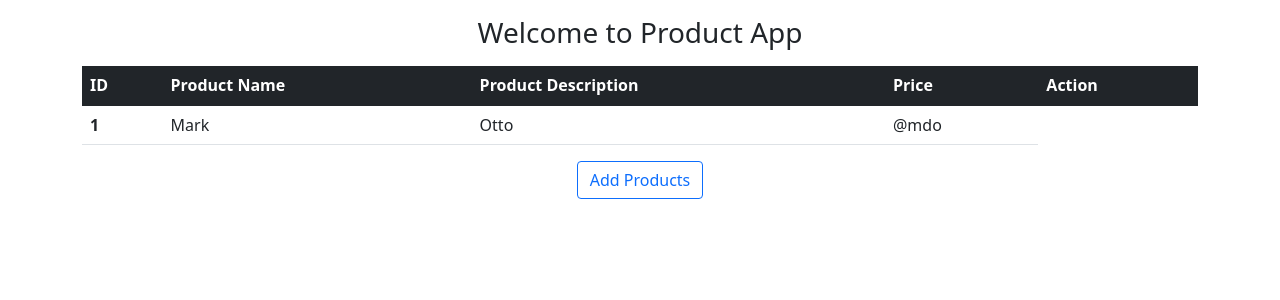
Repository: inurzamal/Spring-MVC-_CRUD-with-Hibernate
Page: http://localhost/product-crud-app/WEB-INF/views/index.jsp
The author's editor kept a copy of each file at every save. The page is drawn from the files as they stood at one save, then again after the next save.
The browser window is 1280 px wide. The pictures show the whole page.
The page is served by Tomcat 9. Nobody is signed in. The template is opened directly, without the code that normally fills it, so the values that code supplies are empty.

Above is the page before, as saved 2021-11-21 10:04:21.

After the next save:
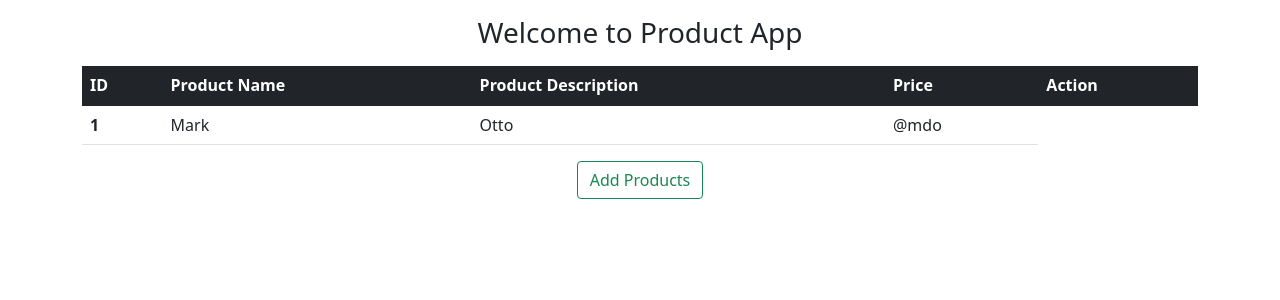
Saved 72 s later.
--- a/SpringMVC/product-crud-app/src/main/webapp/WEB-INF/views/index.jsp
+++ b/SpringMVC/product-crud-app/src/main/webapp/WEB-INF/views/index.jsp
@@ -33,7 +33,7 @@
 				</table>
 
 				<div class="container text-center">
-					<a href="addproducts" class="btn btn-outline-primary">Add Products</a>
+					<a href="addproducts" class="btn btn-outline-success">Add Products</a>
 				</div>
 
 
